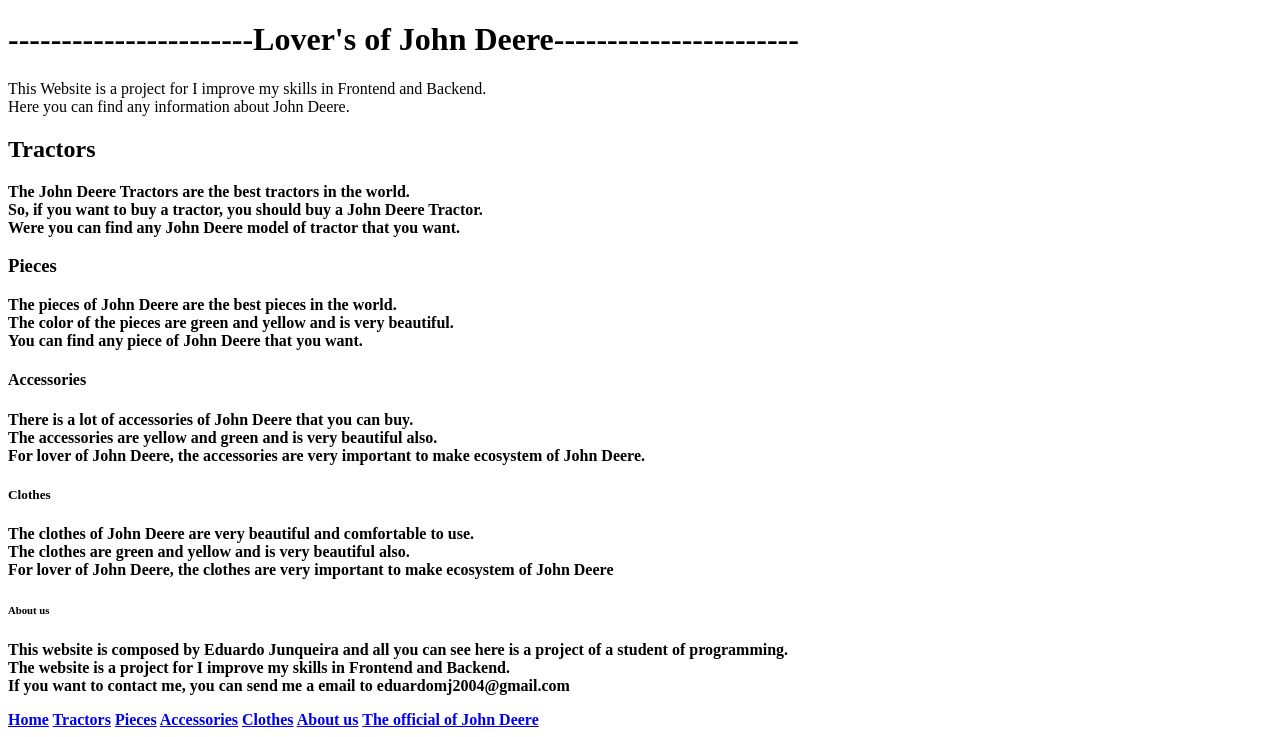
Repository: EduardoJunqueira2004/WEBJohnDeere
Page: index.html
An editor plug-in stored every save of this project. The page is shown before and after a run of saves, followed by the edit.
The browser window is 1280 px wide. The pictures show the whole page.

Above is the page before, as saved 2024-12-05 11:38:14.

### index.html
<!DOCTYPE html>
<html lang="en">
<head>
    <meta charset="UTF-8">
    <meta name="viewport" content="width=device-width, initial-scale=1.0">
    <title>Index.html</title>
</head>
<body>
    <!--heder1-->
    <h1>-----------------------<strong>Lover's of John Deere</strong>-----------------------</h1>
    <p>
        This Website is a project for I improve my skills in Frontend and Backend.<br>
        Here you can find any information about John Deere.
    </p>
    <!--heder2-->
    <h2><strong>Tractors<strong></h2>
    <p>
        The John Deere Tractors are the best tractors in the world.<br>
        So, if you want to buy a tractor, you should buy a John Deere Tractor.<br>
        Were you can find any John Deere  model of tractor that you want.
    </p>
    <!--heder3-->
    <h3><strong>Pieces<strong></h3>
    <p>
        The pieces of John Deere are the best pieces in the world.<br>
        The color of the pieces are green and yellow and is very beautiful.<br>
        You can find any piece of John Deere that you want.
    </p>
    <!--heder4-->
    <h4><strong>Accessories</strong></h4>
    <p>
        There is a lot of accessories of John Deere that you can buy.<br>
        The accessories are yellow and green and is very beautiful also.<br>
        For lover of John Deere, the accessories are very important to make ecosystem of John Deere.
    </p>
    <!--heder5-->
    <h5><strong>Clothes</strong></h5>
    <p>
        The clothes of John Deere are very beautiful and comfortable to use.<br>
        The clothes are green and yellow and is very beautiful also.<br>
        For lover of John Deere, the clothes are very important to make ecosystem of John Deere
    </p>
    <!--heder6-->
    <h6><strong>About us</strong></h6>
    <p>
        This website is  composed by Eduardo Junqueira and all you can see here is a project of a student of programming.<br>
        The website is a project for I improve my skills in Frontend and Backend.<br>
        If you want to contact me, you can send me a email to eduardomj2004@gmail.com<br>
    </p>
    <!--Final of the page-->
    <footer>
        <a href="index.html"><strong>Home</strong></a>
        <a href="tractors.html"><strong>Tractors</strong></a>
        <a href="pieces.html"><strong>Pieces</strong></a>
        <a href="accessories.html"><strong>Accessories</strong></a>
        <a href="clothes.html"><strong>Clothes</strong></a>
        <a href="aboutus.html"><strong>About us</strong></a>
        <a href="https://www.deere.com/en/"> The official of John Deere</a>
    </footer>
</body>
</html>

After the next 2 saves:
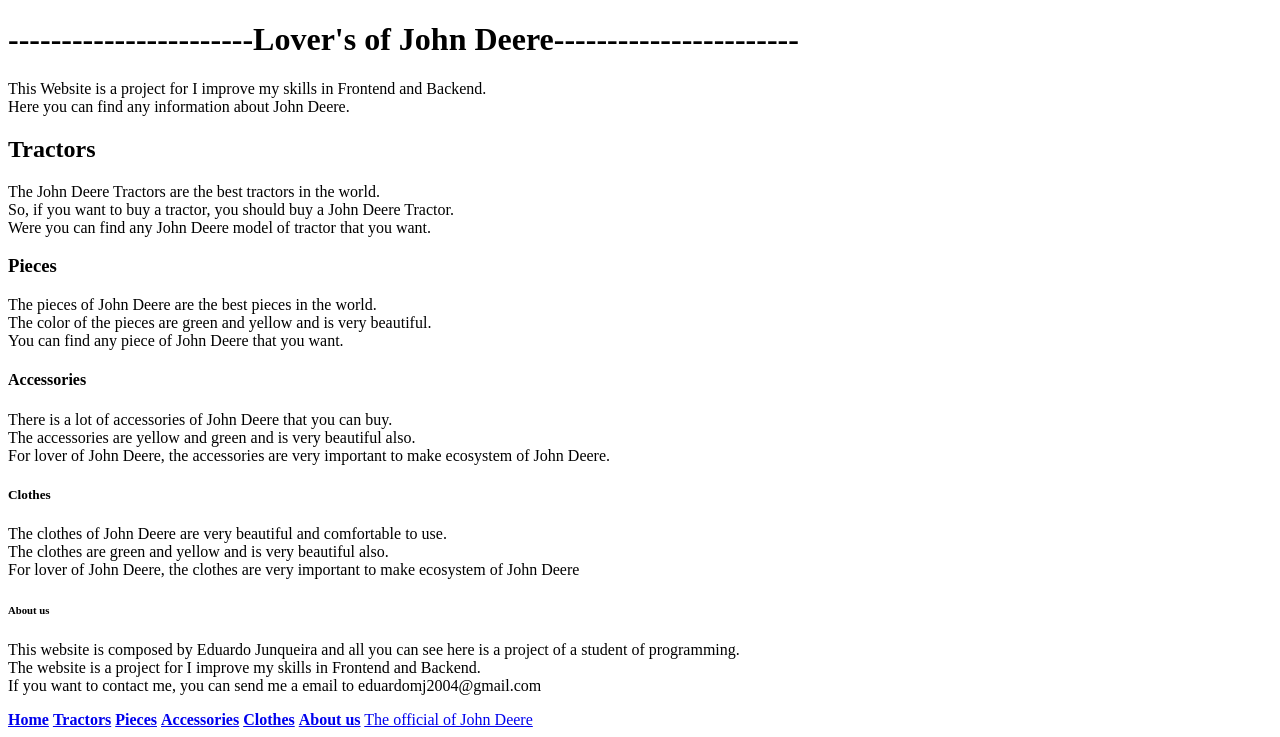
The 2 saves are shown as one change because they came seconds apart.
The last was saved 17 s later.
--- a/index.html
+++ b/index.html
@@ -13,14 +13,14 @@
         Here you can find any information about John Deere.
     </p>
     <!--heder2-->
-    <h2><strong>Tractors<strong></h2>
+    <h2><strong>Tractors</strong></h2>
     <p>
         The John Deere Tractors are the best tractors in the world.<br>
         So, if you want to buy a tractor, you should buy a John Deere Tractor.<br>
         Were you can find any John Deere  model of tractor that you want.
     </p>
     <!--heder3-->
-    <h3><strong>Pieces<strong></h3>
+    <h3><strong>Pieces</strong></h3>
     <p>
         The pieces of John Deere are the best pieces in the world.<br>
         The color of the pieces are green and yellow and is very beautiful.<br>
